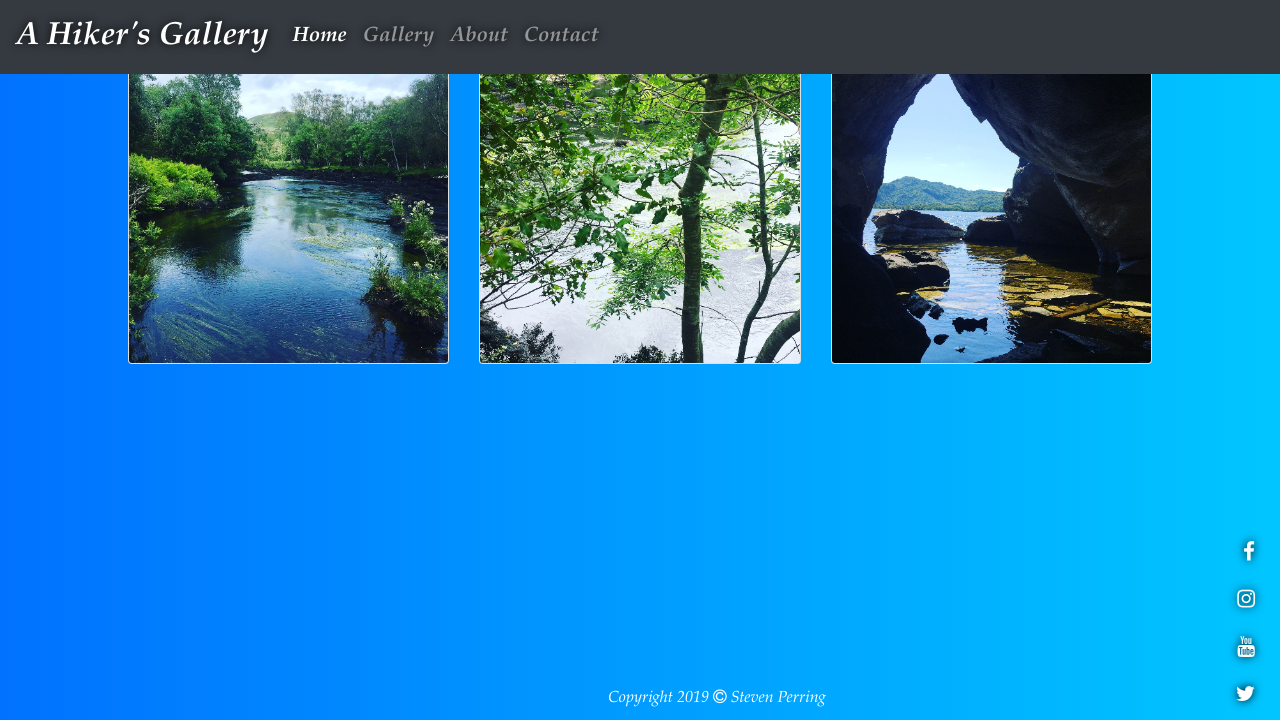
Repository: S-Perring/hiker
Page: gallery.html
The author's editor kept a record of every edit. The page is drawn from the files as they stood at one moment, then again after the next edit.
The browser window is 1280 px wide. The pictures show the whole page.
Some web fonts or font styles are not loaded; a fallback is used.

Above is the page before.

After the next edit:
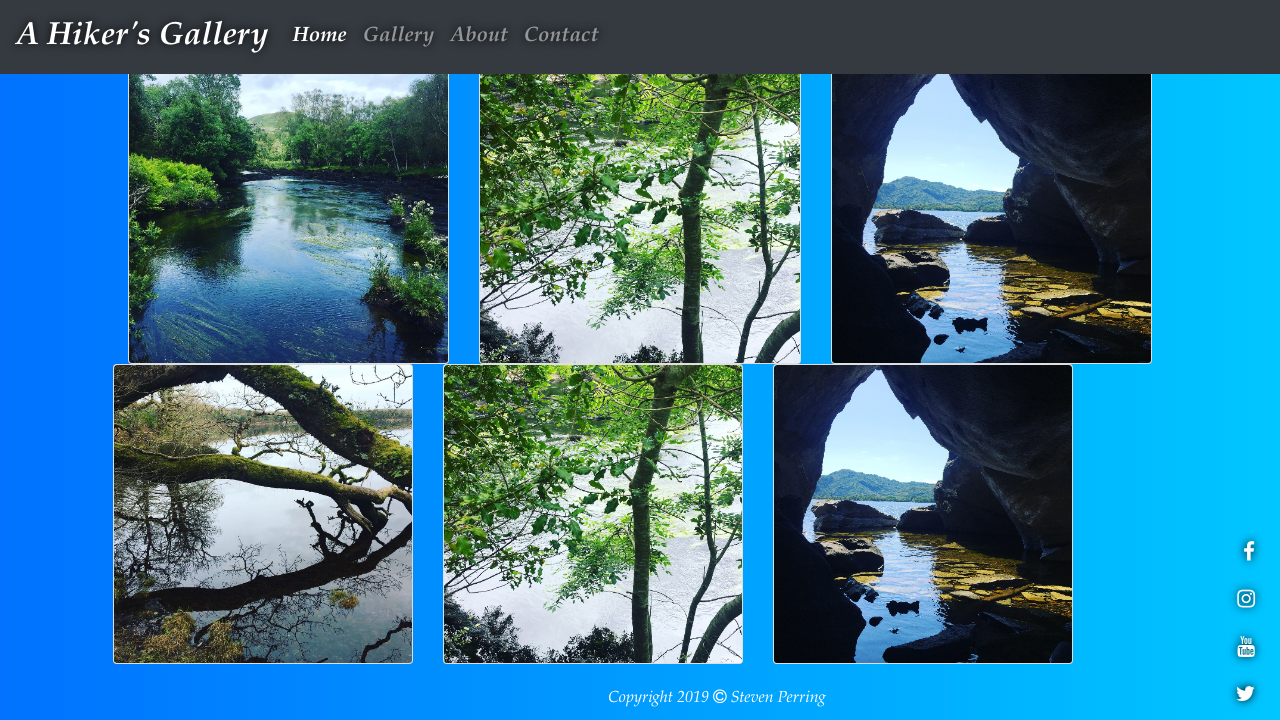
The edit:
--- a/gallery.html
+++ b/gallery.html
@@ -61,6 +61,30 @@
                             alt="A tree with no leaves at the side of a lake">
                         </div>
 
+                            <div class="card-deck">
+
+                    <div class="card">
+                        <img src="css/images/4.JPG" class="card-img-top"
+                            alt="Lighthouse on top of a cliff at sunset">
+                        </div>
+
+                    <div class="card">
+                        <img src="css/images/2.JPG" class="card-img-top"
+                            alt="Cliffs by the sea at sunset with a bright moon">
+                        </div>
+
+
+                    <div class="card">
+                        <img src="css/images/3.JPG" class="card-img-top"
+                            alt="A tree with no leaves at the side of a lake">
+                        </div>
+
+
+
+
+
+
+
          </div>
 
 <footer class="fixed-bottom">
